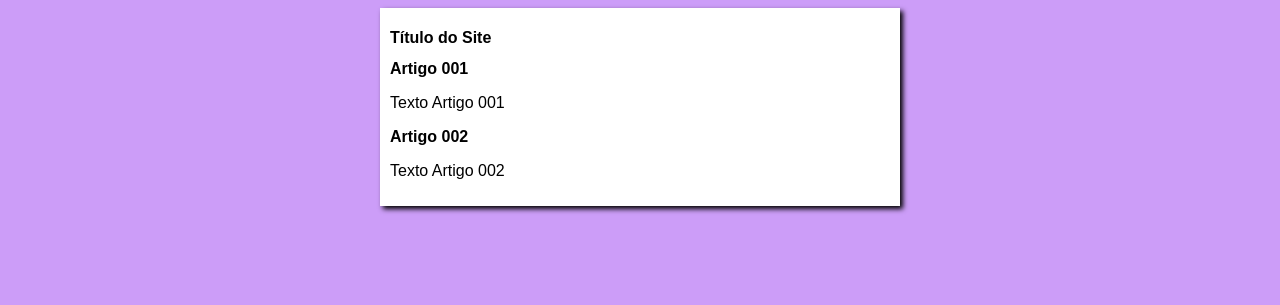
Repository: AnthonyLuanSantos/projeto-site
Page: index.html
The author's editor kept a copy of each file at every save. The page is drawn from the files as they stood at one save, then again after a run of saves.
The browser window is 1280 px wide. The pictures show the whole page.

Above is the page before, as saved 2024-08-18 20:47:43.

After the next 2 saves:
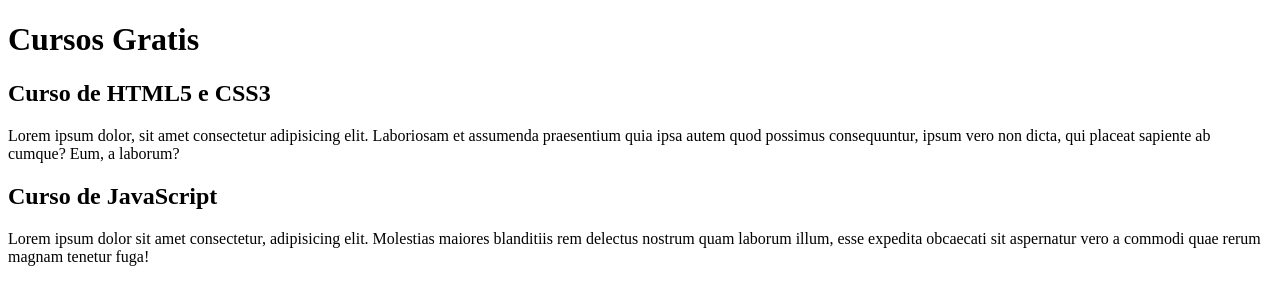
The 2 saves are shown as one change because they came seconds apart.
The last was saved 2 min 53 s later.
--- a/index.html
+++ b/index.html
@@ -3,21 +3,20 @@
 <head>
     <meta charset="UTF-8">
     <meta name="viewport" content="width=device-width, initial-scale=1.0">
-    <title>Título do Site</title>
-    <link rel="stylesheet" href="style.css">
+    <title>Site do Anthony</title>
 </head>
 <body>
     <main>
         <header>
-            <h1>Título do Site</h1>
+            <h1>Cursos Gratis</h1>
         </header>
         <article>
-            <h2>Artigo 001</h2>
-            <p>Texto Artigo 001</p>
+            <h2>Curso de HTML5 e CSS3</h2>
+            <p>Lorem ipsum dolor, sit amet consectetur adipisicing elit. Laboriosam et assumenda praesentium quia ipsa autem quod possimus consequuntur, ipsum vero non dicta, qui placeat sapiente ab cumque? Eum, a laborum?</p>
         </article>
         <article>
-            <h2>Artigo 002</h2>
-            <p>Texto Artigo 002</p>
+            <h2>Curso de JavaScript</h2>
+            <p>Lorem ipsum dolor sit amet consectetur, adipisicing elit. Molestias maiores blanditiis rem delectus nostrum quam laborum illum, esse expedita obcaecati sit aspernatur vero a commodi quae rerum magnam tenetur fuga!</p>
         </article>
     </main>
 </body>

After the save that followed:
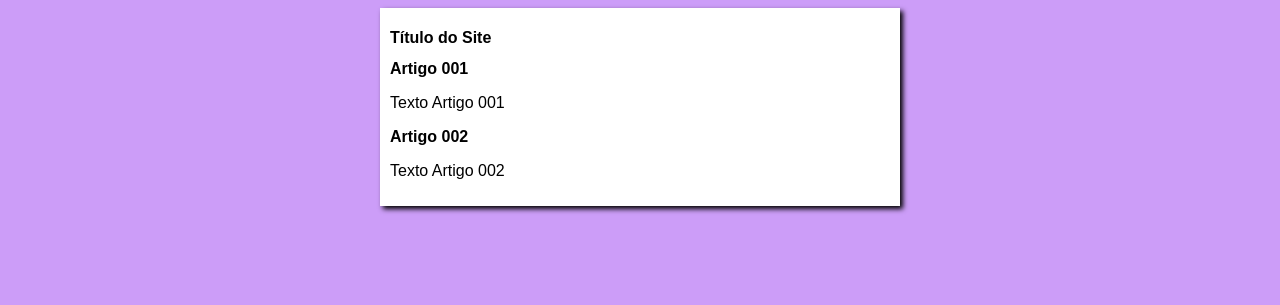
Saved 87 s later.
--- a/index.html
+++ b/index.html
@@ -3,20 +3,21 @@
 <head>
     <meta charset="UTF-8">
     <meta name="viewport" content="width=device-width, initial-scale=1.0">
-    <title>Site do Anthony</title>
+    <title>Site do Luan</title>
+    <link rel="stylesheet" href="style.css">
 </head>
 <body>
     <main>
         <header>
-            <h1>Cursos Gratis</h1>
+            <h1>Título do Site</h1>
         </header>
         <article>
-            <h2>Curso de HTML5 e CSS3</h2>
-            <p>Lorem ipsum dolor, sit amet consectetur adipisicing elit. Laboriosam et assumenda praesentium quia ipsa autem quod possimus consequuntur, ipsum vero non dicta, qui placeat sapiente ab cumque? Eum, a laborum?</p>
+            <h2>Artigo 001</h2>
+            <p>Texto Artigo 001</p>
         </article>
         <article>
-            <h2>Curso de JavaScript</h2>
-            <p>Lorem ipsum dolor sit amet consectetur, adipisicing elit. Molestias maiores blanditiis rem delectus nostrum quam laborum illum, esse expedita obcaecati sit aspernatur vero a commodi quae rerum magnam tenetur fuga!</p>
+            <h2>Artigo 002</h2>
+            <p>Texto Artigo 002</p>
         </article>
     </main>
 </body>
